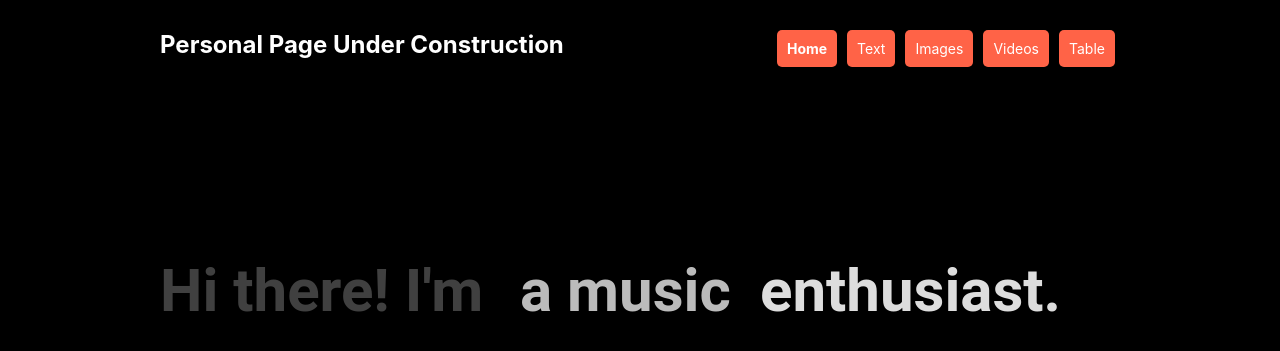
Repository: luhan68/personal_website
Page: index.html
These files come from the project's save history. The page is drawn as it stood at one moment and after the next save; the edit follows.
The browser window is 1280 px wide. The pictures show the whole page.

Above is the page before, as saved 2021-01-30 19:24:50.

### index.html
<div class="container" id="index">
    <link href='style.css' rel='stylesheet' type='text/css'>
    <div class="nav">
        <div class="nav-bar">
            <ul>
                <li class="active-page"><a href="index.html">Home</a></li>
                <li><a href="text.html">Text</a></li>
                <li><a href="image.html">Images</a></li>
                <li><a href="video.html">Videos</a></li>
                <li><a href="table.html">Table</a></li>
            </ul>

        </div>
    </div>

    <h2 class="title">Personal Page Under Construction</h2>

<!-- Here for the design idea, I referred to Paul's cool animation design on codepen and fixed a few display width bugs: https://codepen.io/paulvddool/pen/yYeeVE -->

    <div id="animation">
        <div id="text">
            <h1 class="gray">Hi there! I'm</h1>
        </div>
        <div id="first">
            <ul>
                <li><h1 class="silver">Lu.</h1></li>
                <li><h1 class="lightgray">a music</h1></li>
                <li><h1 class="lightgray">a user -</h1></li>
            </ul>
        </div>
        <div id="second">
            <ul>
                <li><h1 class="lightergray">enthusiast.</h1></li>
                <li><h1 class="lightergray">composer.</h1></li>
                <li><h1 class="lightergray">panist.</h1></li>
                <li><h1 class="lightergray">DJ.</h1></li>
                <li><h1 class="lightergray">story lover.</h1></li>
                <li><h1 class="lightergray">designer.</h1></li>
            </ul>
        </div>
    </div>

</div>



<div id="fb-root"></div>
<script async defer crossorigin="anonymous" src="https://connect.facebook.net/en_US/sdk.js#xfbml=1&version=v6.0&appId=2126666884255373&autoLogAppEvents=1"></script>

### style.css
* {
    margin: 0;
    padding: 0;
}

body  {
    background-color: black;
    color: white;
    font-family: -apple-system, BlinkMacSystemFont, 'Segoe UI', Roboto, Oxygen, Ubuntu, Cantarell, 'Open Sans', 'Helvetica Neue', sans-serif;
}

.container {
    width: 75vw;
    margin: 0 auto;
    margin-top: 10px;

}



.nav {
    width: 100%;
}

.logo {
    float: left;
    width: 120px;
  margin: 0;
  padding: 0;
}

.nav-bar {
    float: right;
}

.nav-bar ul li {
    float: left;
    list-style-type: none;
    padding: 10px;
    margin: 0 5px;
    background-color: tomato;
    font-size: 14px;
    border-radius: 5px;

    transition: all 0.5s ease-out;
}

.nav-bar ul li:hover {
    background-color: wheat;
}

.nav .active-page {
	font-weight: bold;
  }

a {
    color: white;
    text-decoration: none;
}


.title {
text-align: left;
margin: 30px 0;
}

.myVideo {
text-align: center;
}

.myVideo iframe {
margin: 20px 20px;
}

.fb-like {
margin-bottom: 30px;
}

.footer {
width: 100%;
background-color: #333;
text-align: center;
padding: 20px 0;
margin-top: 50px;
}


input[type=text], select, textarea {
    width: 100%; /* Full width */
    padding: 12px; /* Some padding */
    border: 1px solid #ccc; /* Gray border */
    border-radius: 4px; /* Rounded borders */
    box-sizing: border-box; /* Make sure that padding and width stays in place */
    margin-top: 6px; /* Add a top margin */
    margin-bottom: 16px; /* Bottom margin */
    resize: vertical /* Allow the user to vertically resize the textarea (not horizontally) */
  }

  input[type=submit] {
    background-color: #a73012;
    color: white;
    padding: 12px 20px;
    border: none;
    border-radius: 4px;
    cursor: pointer;
  }

  input[type=submit]:hover {
    background-color: #d10c0c;
  }


  .myGallery {
    display: grid;
    grid-gap: 20px;
    grid-template-columns: repeat(auto-fit, minmax(175px, 1fr));
  }

  .myGallery img {
    width: 100%;
  }


table {
    font-family: Arial, Helvetica, sans-serif;
    border-collapse: collapse;
    width: 100%;
  }

table td, table th {
    border: 1px solid rgb(34, 33, 33);
    padding: 8px;
  }

table tr:nth-child(even){background-color: #110f0f;}

table tr:hover {background-color: rgb(46, 43, 43);}

table th {
    padding-top: 12px;
    padding-bottom: 12px;
    text-align: left;
    background-color: #350901;
    color: white;
  }


  p,
label {
    font: 1rem 'Fira Sans', sans-serif;
}

input {
    margin: .4rem;
}


/* I refer to Paul's cool animation design on codepen and fix a few display width bugs: https://codepen.io/paulvddool/pen/yYeeVE */

#animation {
	display: block;
	margin: 20% auto;
	height: 80px;
	width: auto;
}
@media screen and (max-width: 1080px) {
	#animation {
		box-sizing: border-box;
		-moz-box-sizing: border-box;
		padding: 0px;
		width: 100%;
	}
}
@keyframes animateOnce {
	0% { transform: translateY(80px); -webkit-transform: translateY(80px); -moz-transform: translateY(80px); }
	100% { transform: translateY(0px); -webkit-transform: translateY(0px); -moz-transform: translateY(0px); }
}
@-webkit-keyframes animateOnce {
	0% { transform: translateY(80px); -webkit-transform: translateY(80px); -moz-transform: translateY(80px); }
	100% { transform: translateY(0px); -webkit-transform: translateY(0px); -moz-transform: translateY(0px); }
}
#text {
	width: 350px;
	height: 80px;
	float: left;
	overflow: hidden;
}
#text h1 {
	animation: animateOnce 0.2s;
	-webkit-animation: animateOnce 0.2s;
}
@keyframes animateFirst {
	0% { transform: translateY(80px); -webkit-transform: translateY(80px); -moz-transform:translateY(80px); }
	1% { transform: translateY(0px); -webkit-transform: translateY(0px); -moz-transform:translateY(0px); }
	14% { transform: translateY(0px); -webkit-transform: translateY(0px); -moz-transform:translateY(0px); }
	15% { transform: translateY(-80px); -webkit-transform: translateY(-80px); -moz-transform:translateY(-80px); }
	70% { transform: translateY(-80px); -webkit-transform: translateY(-80px); -moz-transform:translateY(-80px); }
	71% { transform: translateY(-160px); -webkit-transform: translateY(-160px); -moz-transform:translateY(-160px); }
	99% { transform: translateY(-160px); -webkit-transform: translateY(-160px); -moz-transform:translateY(-160px); }
	100% { transform: translateY(-240px); -webkit-transform: translateY(-240px); -moz-transform:translateY(-240px); }
}
@-webkit-keyframes animateFirst {
	0% { transform: translateY(80px); -webkit-transform: translateY(80px); -moz-transform:translateY(80px); }
	1% { transform: translateY(0px); -webkit-transform: translateY(0px); -moz-transform:translateY(0px); }
	14% { transform: translateY(0px); -webkit-transform: translateY(0px); -moz-transform:translateY(0px); }
	15% { transform: translateY(-80px); -webkit-transform: translateY(-80px); -moz-transform:translateY(-80px); }
	70% { transform: translateY(-80px); -webkit-transform: translateY(-80px); -moz-transform:translateY(-80px); }
	71% { transform: translateY(-160px); -webkit-transform: translateY(-160px); -moz-transform:translateY(-160px); }
	99% { transform: translateY(-160px); -webkit-transform: translateY(-160px); -moz-transform:translateY(-160px); }
	100% { transform: translateY(-240px); -webkit-transform: translateY(-240px); -moz-transform:translateY(-240px); }
}
@keyframes animateSecond {
	0% { transform: translateY(80px); -webkit-transform: translateY(80px); -moz-transform: translateY(80px); }
	14% { transform: translateY(80px); -webkit-transform: translateY(80px); -moz-transform: translateY(80px); }
	15% { transform: translateY(0px); -webkit-transform: translateY(0px); -moz-transform: translateY(0px); }
	29% { transform: translateY(0px); -webkit-transform: translateY(0px); -moz-transform: translateY(0px); }
	30% { transform: translateY(-80px); -webkit-transform: translateY(-80px); -moz-transform: translateY(-80px); }
	44% { transform: translateY(-80px); -webkit-transform: translateY(-80px); -moz-transform: translateY(-80px); }
	45% { transform: translateY(-160px); -webkit-transform: translateY(-160px); -moz-transform: translateY(-160px); }
	59% { transform: translateY(-160px); -webkit-transform: translateY(-160px); -moz-transform: translateY(-160px); }
	60% { transform: translateY(-240px); -webkit-transform: translateY(-240px); -moz-transform: translateY(-240px); }
	70% { transform: translateY(-240px); -webkit-transform: translateY(-240px); -moz-transform: translateY(-240px); }
	71% { transform: translateY(-320px); -webkit-transform: translateY(-320px); -moz-transform: translateY(-320px); }
	85% { transform: translateY(-320px); -webkit-transform: translateY(-320px); -moz-transform: translateY(-320px); }
	86% { transform: translateY(-400px); -webkit-transform: translateY(-400px); -moz-transform: translateY(-400px); }
	99% { transform: translateY(-400px); -webkit-transform: translateY(-400px); -moz-transform: translateY(-400px); }
	100% { transform: translateY(-480px); -webkit-transform: translateY(-480px); -moz-transform: translateY(-480px); }
}
@-webkit-keyframes animateSecond {
	0% { transform: translateY(80px); -webkit-transform: translateY(80px); -moz-transform: translateY(80px); }
	14% { transform: translateY(80px); -webkit-transform: translateY(80px); -moz-transform: translateY(80px); }
	15% { transform: translateY(0px); -webkit-transform: translateY(0px); -moz-transform: translateY(0px); }
	29% { transform: translateY(0px); -webkit-transform: translateY(0px); -moz-transform: translateY(0px); }
	30% { transform: translateY(-80px); -webkit-transform: translateY(-80px); -moz-transform: translateY(-80px); }
	44% { transform: translateY(-80px); -webkit-transform: translateY(-80px); -moz-transform: translateY(-80px); }
	45% { transform: translateY(-160px); -webkit-transform: translateY(-160px); -moz-transform: translateY(-160px); }
	59% { transform: translateY(-160px); -webkit-transform: translateY(-160px); -moz-transform: translateY(-160px); }
	60% { transform: translateY(-240px); -webkit-transform: translateY(-240px); -moz-transform: translateY(-240px); }
	70% { transform: translateY(-240px); -webkit-transform: translateY(-240px); -moz-transform: translateY(-240px); }
	71% { transform: translateY(-320px); -webkit-transform: translateY(-320px); -moz-transform: translateY(-320px); }
	85% { transform: translateY(-320px); -webkit-transform: translateY(-320px); -moz-transform: translateY(-320px); }
	86% { transform: translateY(-400px); -webkit-transform: translateY(-400px); -moz-transform: translateY(-400px); }
	99% { transform: translateY(-400px); -webkit-transform: translateY(-400px); -moz-transform: translateY(-400px); }
	100% { transform: translateY(-480px); -webkit-transform: translateY(-480px); -moz-transform: translateY(-480px); }
}
#first {
	height: 80px;
	float: left;
	margin-left: 10px;
	overflow: hidden;
}
#first ul {
	width: 230px;
	list-style: none;
	margin: 0;
	padding: 0;
	animation: animateFirst 21s infinite;
	-webkit-animation: animateFirst 21s infinite;
}

#second {
	height: 80px;
	float: left;
	margin-left: 10px;
	overflow: hidden;
}
#second ul {
	width: 300px;
	list-style: none;
	margin: 0;
	padding: 0;
	animation: animateSecond 21s infinite;
	-webkit-animation: animateSecond 21s infinite;
}

h1 {
	font-family: 'Roboto', 'Helvetica Neue', Helvetica, Arial;
	font-size: 60px;
	font-weight: 700;
	line-height: 80px;
	margin: 0px;
}
.gray {
	color: #404040;
}
.silver {
	color: #909090;
}
.lightgray {
	color: #BBB;
}
.lightergray {
	color: #DDD;
}

After the next save:
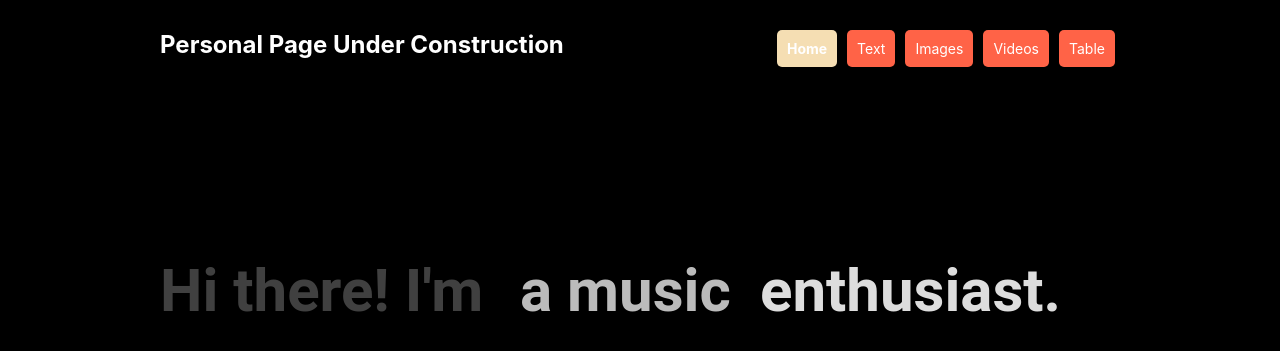
Saved 14 s later.
--- a/style.css
+++ b/style.css
@@ -51,6 +51,7 @@ body  {
 
 .nav .active-page {
 	font-weight: bold;
+	background-color: wheat;
   }
 
 a {
